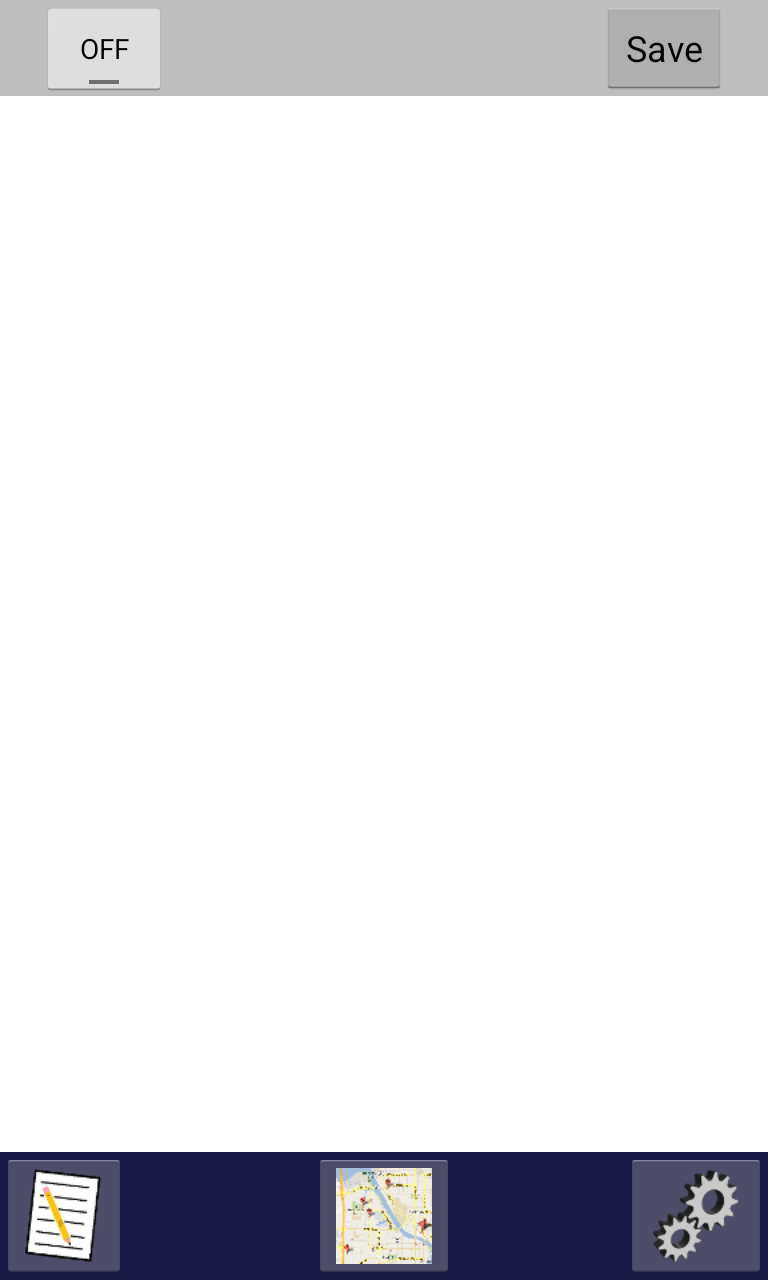
Repository: KarthikDulam/MobileAppDevelopment
Layout: MycontactList/res/layout/activity_contact.xml
These files come from the project's save history. The layout is drawn as it stood at one moment and after the next save; the edit follows.
It is drawn on a 768 x 1280 px phone screen (xhdpi) without system bars, with theme AppTheme; the app's code is not run.

Above is the layout before, as saved 2016-03-29 23:06:39.

### MycontactList/res/layout/activity_contact.xml
<RelativeLayout xmlns:android="http://schemas.android.com/apk/res/android"
    xmlns:tools="http://schemas.android.com/tools"
    android:layout_width="match_parent"
    android:layout_height="match_parent"
    tools:context="com.example.mycontactlist.ContactActivity" >

    <RelativeLayout
        android:id="@+id/navbar"
        android:layout_width="fill_parent"
        android:layout_height="wrap_content"
        android:layout_alignParentBottom="true"
        android:background="@color/navbar_background" >

        <ImageButton
            android:id="@+id/imageButton1"
            android:layout_width="wrap_content"
            android:layout_height="wrap_content"
            android:layout_centerVertical="true"
            android:layout_marginRight="20dp"
            android:layout_toLeftOf="@+id/imageButtonMap"
            android:src="@drawable/contactlisticon" />

        <ImageButton
            android:id="@+id/imageButtonSettings"
            android:layout_width="wrap_content"
            android:layout_height="wrap_content"
            android:layout_alignParentRight="true"
            android:layout_alignParentTop="true"
            android:src="@drawable/settingsicon" />

        <ImageButton
            android:id="@+id/imageButton2"
            android:layout_width="wrap_content"
            android:layout_height="wrap_content"
            android:layout_alignParentTop="true"
            android:layout_centerHorizontal="true"
            android:src="@drawable/mapicon" />

    </RelativeLayout>

    <RelativeLayout
        android:id="@+id/toolbar"
        android:layout_width="match_parent"
        android:layout_height="wrap_content"
        android:layout_alignParentLeft="true"
        android:layout_alignParentTop="true"
        android:background="@color/toolbar_background" >

        <ToggleButton
            android:id="@+id/toggleButtonEdit"
            android:layout_width="wrap_content"
            android:layout_height="wrap_content"
            android:layout_alignParentLeft="true"
            android:layout_marginLeft="20dp"
            android:text="ToggleButton" />

        <Button
            android:id="@+id/buttonSave"
            android:layout_width="wrap_content"
            android:layout_height="wrap_content"
            android:layout_alignParentRight="true"
            android:layout_marginRight="20dp"
            android:text="Save" />

    </RelativeLayout>

    <ScrollView
        android:id="@+id/scrollView1"
        android:layout_width="wrap_content"
        android:layout_height="wrap_content"
        android:layout_below="@+id/toolbar"
        android:layout_centerHorizontal="true"
        android:layout_marginTop="105dp" >

        <RelativeLayout
            android:layout_width="match_parent"
            android:layout_height="match_parent"
            android:orientation="vertical" >
        </RelativeLayout>
    </ScrollView>

</RelativeLayout>

### MycontactList/res/values/Color.xml
<?xml version="1.0" encoding="utf-8"?>
<resources>
    <color name="navbar_background">#1a1a48</color>
    <color name="toolbar_background">#bebebe</color>


</resources>

Loaded but not shown: MycontactList/res/values/styles.xml (common file); MycontactList/res/values-v11/styles.xml (common file); MycontactList/res/values-v14/styles.xml (common file)

After the next save:
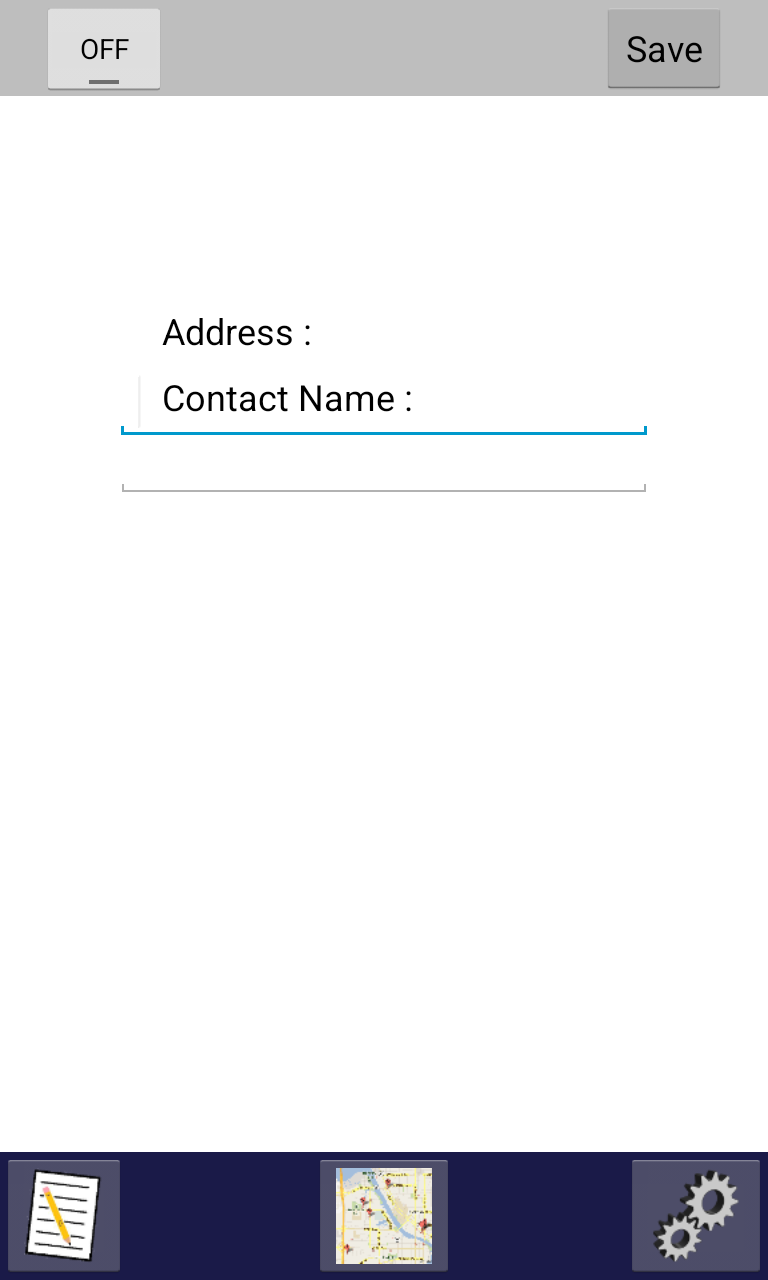
Saved 5 min 9 s later.
--- a/MycontactList/res/layout/activity_contact.xml
+++ b/MycontactList/res/layout/activity_contact.xml
@@ -76,7 +76,47 @@
             android:layout_width="match_parent"
             android:layout_height="match_parent"
             android:orientation="vertical" >
+
+            <TextView
+        android:id="@+id/textView1"
+        android:layout_width="wrap_content"
+        android:layout_height="wrap_content"
+        android:layout_alignParentLeft="true"
+        android:layout_below="@+id/toolbar"
+        android:layout_marginLeft="24dp"
+        android:layout_marginTop="33dp"
+        android:text="Contact Name : "
+        android:textAppearance="?android:attr/textAppearanceMedium" />
+
+    <EditText
+        android:id="@+id/editText1"
+        android:layout_width="270dp"
+        android:layout_height="wrap_content"
+        android:layout_below="@+id/textView1"
+        android:layout_centerHorizontal="true"
+        android:inputType="textPersonName" />
+
+    <TextView
+        android:id="@+id/textView2"
+        android:layout_width="wrap_content"
+        android:layout_height="wrap_content"
+        android:layout_alignLeft="@+id/textView1"
+        android:layout_alignTop="@+id/scrollView1"
+        android:text="Address : "
+        android:textAppearance="?android:attr/textAppearanceMedium" />
+
+    <EditText
+        android:id="@+id/editText2"
+        android:layout_width="275dp"
+        android:layout_height="wrap_content"
+        android:layout_alignRight="@+id/editText1"
+        android:layout_centerVertical="true" >
+
+        <requestFocus />
+    </EditText>
         </RelativeLayout>
     </ScrollView>
 
+
+
 </RelativeLayout>
